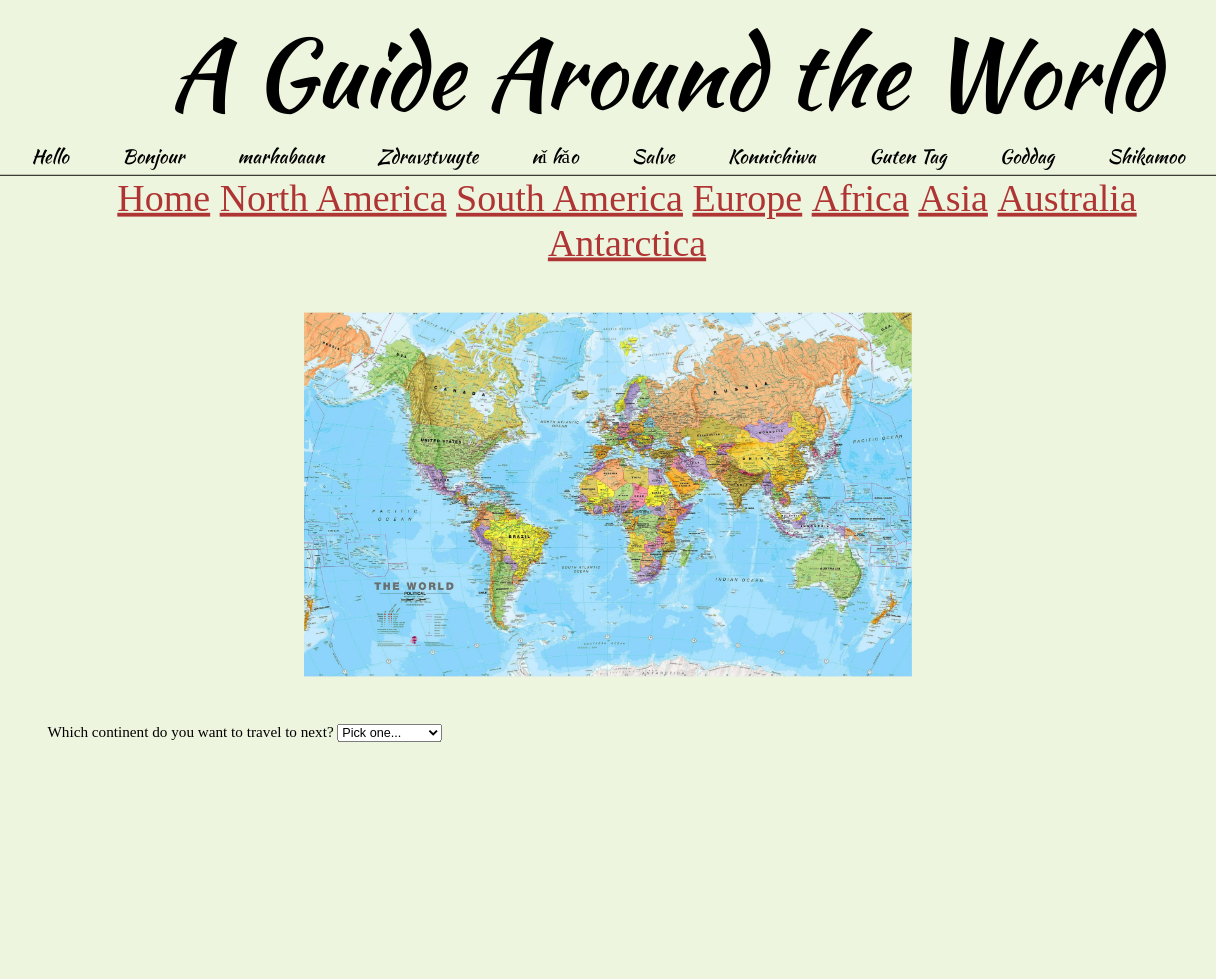
Repository: alharama/StaticWebsite
Page: index.html
The author's editor kept a copy of each file at every save. The page is drawn from the files as they stood at one save, then again after the next save.
The browser window is 1280 px wide. The pictures show the whole page, at 95% of full size.

Above is the page before, as saved 2021-09-30 00:56:42.

### index.html
<!DOCTYPE html>
<html lang="en">
<head>

    <link rel = "stylesheet" type="text/css" href="StyleSheet.css">
    <link rel="icon" href="World.ico">

    <title> A Guide Around the World</title>

    <style>

        @import url('https://fonts.googleapis.com/css2?family=Kaushan+Script&display=swap');

        #worldmap {
            display: block;
            margin-left: auto;
            margin-right: auto;
            margin-top: 50px;
            width: 50%;

        }

        @keyframes slidein {
            0% {
                margin-left: 0%;
            }
            50% {
                margin-left: 200px;
            }
            100% {
                margin-right: 0%;
            }
        }

        @media screen and (max-width: 1024px) {
            header {
                width: 100%;
            }
        }
        @media screen and (max-width: 480px) {
            header {
                width: 100%;
            }
        }

        #home_title {
            animation-duration: 8s;
            animation-name: slidein;
            animation-iteration-count: infinite;
        }



    </style>

</head>

<body>
    <header>
        <div id="home_title">A Guide Around the World</div>


        <div id="languages">
            <span>Hello</span>
            <span>Bonjour</span>
            <span>marhabaan</span>
            <span>Zdravstvuyte</span>
            <span>nǐ hǎo</span>
            <span>Salve</span>
            <span>Konnichiwa</span>
            <span>Guten Tag</span>
            <span>Goddag</span>
            <span>Shikamoo</span>
        </div>
    </header>


        <nav class="top_nav">
            <ul id="top_nav">
                <li><a href="/index.html">Home</a></li>
                <li><a href="/na_page.html">North America</a></li>
                <li><a href="/sa_page.html">South America</a></li>
                <li><a href="/eu_page.html">Europe</a></li>
                <li><a href="/af_page.html">Africa</a></li>
                <li><a href="/as_page.html">Asia</a></li>
                <li><a href="/au_page.html">Australia</a></li>
                <li><a href="/ant_page.html">Antarctica</a></li>
            </ul>
        </nav>

        <img id="worldmap" src="images/world_map.jpeg" alt="Map of World">






        <div id="survey">

            Which continent do you want to travel to next?
            <select>
                <option>Pick one...</option>
                <option>North America</option>
                <option>South America</option>
                <option>Asia</option>
                <option>Africa</option>
                <option>Europe</option>
                <option>Australia</option>
                <option>Antarctica</option>
            </select>

        </div>



    </body>

</html>

### StyleSheet.css

 @import url('https://fonts.googleapis.com/css2?family=Kaushan+Script&display=swap');



 header {
    text-align: center;
    padding: 5px;
    font-family: 'Kaushan Script', cursive;
    font-size: 100px;
    border-bottom: 1px solid;

}

body{
    background: rgb(238, 245, 222);
    margin: 0px;
    padding-bottom: 200px;
}

.top_nav {
    width: 100%;
    font-size: 40px;
    text-align: center;
    color: red;

}

.top_nav ul {
    margin: 0px;
    color: blue;
}

.top_nav li {
    display: inline-block;

}

.top_nav a {
    text-decoration:underline;
    color: rgb(175, 52, 52);

}

.top_nav a:hover {
    background-color: lightgray;
}


#languages{

    display: flex;
    font-size: 20px;
    justify-content:space-around;
}



 h1 {
    text-align: center;
    font-family: 'Kaushan Script', cursive;
}

.tourist_spots {
    text-align: center;
}
.tourist_spots li {
    list-style: none;
    text-align: center;
    font-size: 50px;

}


#dest {
    width: 400px;
    height: 300px;
    padding: 50px;
}

#other_dest_header {
    font-size: 50px;
}
.extra_destinations li{
    font-size: 20px;
}

#survey {
    margin: 50px;
}

After the next save:
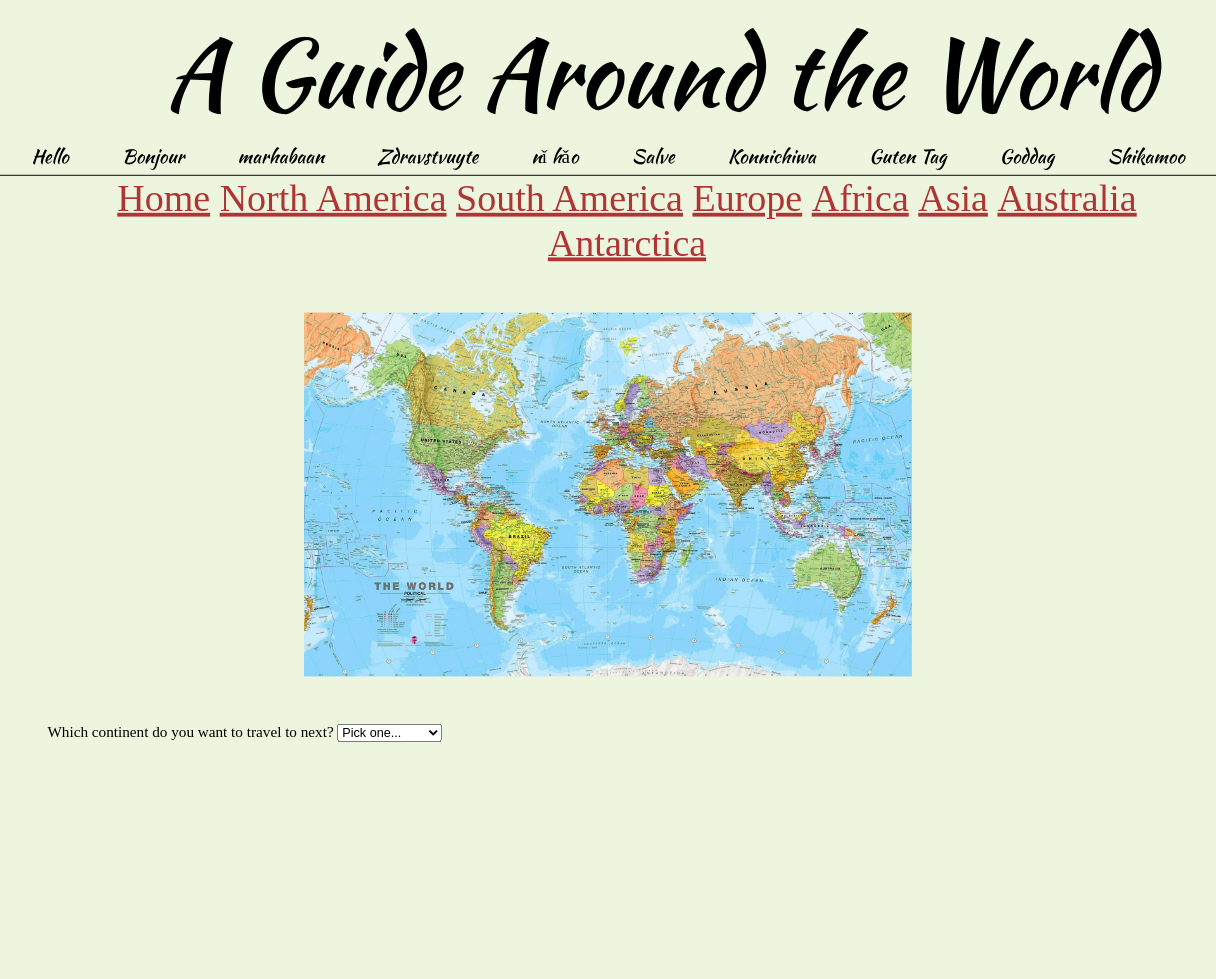
Saved 32 s later.
--- a/index.html
+++ b/index.html
@@ -22,13 +22,13 @@
 
         @keyframes slidein {
             0% {
-                margin-left: 0%;
+                margin-left: 10px;
             }
             50% {
                 margin-left: 200px;
             }
             100% {
-                margin-right: 0%;
+                margin-right: 10px;
             }
         }
 
